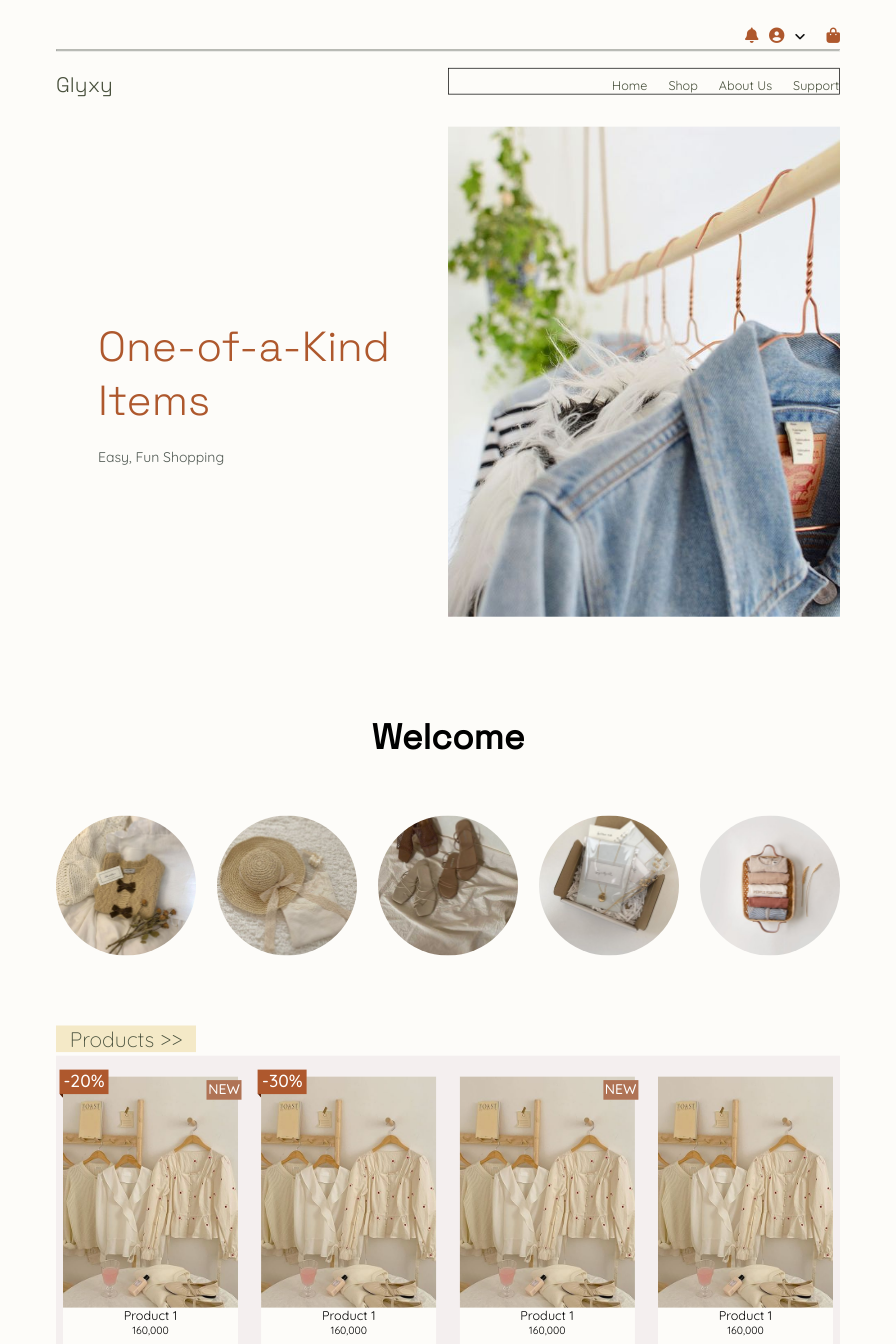
Repository: nganha241/store
Page: index.html
The author's editor kept a copy of each file at every save. The page is drawn from the files as they stood at one save, then again after the next save.
The browser window is 1280 px wide. The pictures show the part of the page from y = 0 to 1920 px (the page is 4656 px tall before and 4654 px after), at 70% of full size.
Some web libraries are served in a nearby version.

Above is the page before, as saved 2022-04-19 09:33:01.

After the next save:
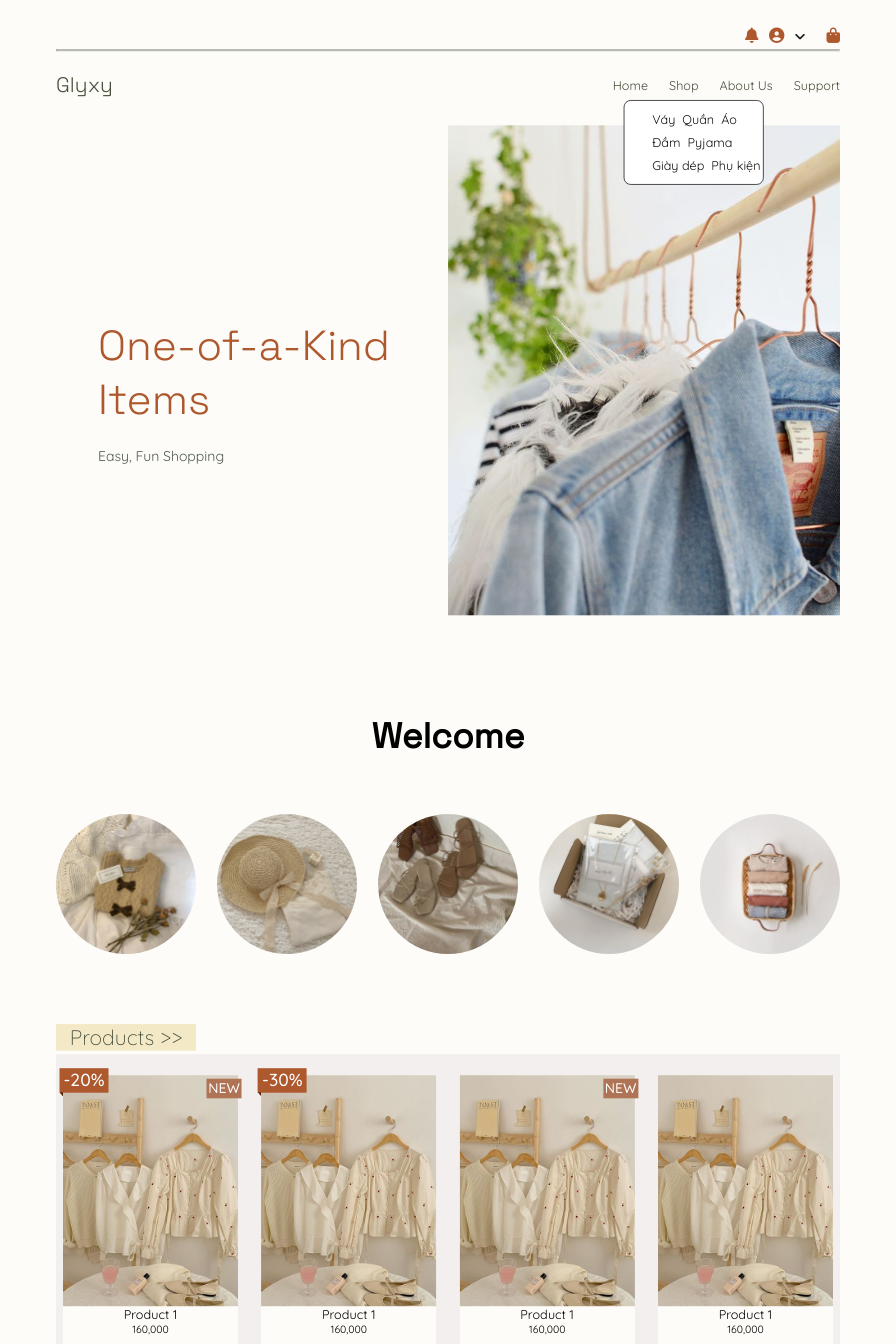
Saved 49 s later.
--- a/style.css
+++ b/style.css
@@ -85,7 +85,6 @@ li {
     padding-top: 7px;
     justify-content: flex-end;
     width: 50%;
-    border: 1px solid;
 }
 
 .header nav .menu>li {
@@ -135,7 +134,8 @@ li {
     display: flex;
     flex-wrap: wrap;
     gap: 10px;
-    opacity: 0;
+    border: 1px solid;
+    /* opacity: 0; */
     /* animation: dropdown .3s ease; */
 }
 
